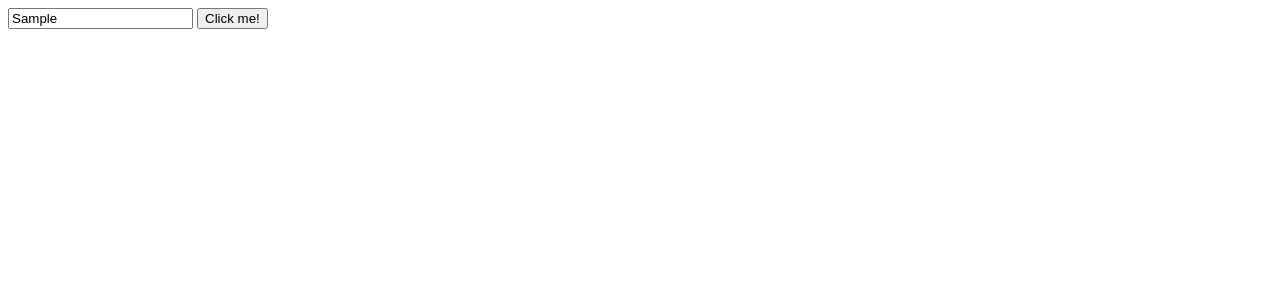
Repository: nguyenhung50497/MD2_xuLyBatDongBo
Page: BT_xuLyBDB/index.html
These files come from the project's save history. The page is drawn as it stood at one moment and after the next save; the edit follows.
The browser window is 1280 px wide. The pictures show the whole page.
Empty fields were first filled with sample values (such as "Sample", 5 or name@example.com).
After loading, the first visible `button` was clicked once.

Above is the page before, as saved 2022-12-08 16:01:05.

After the next save:
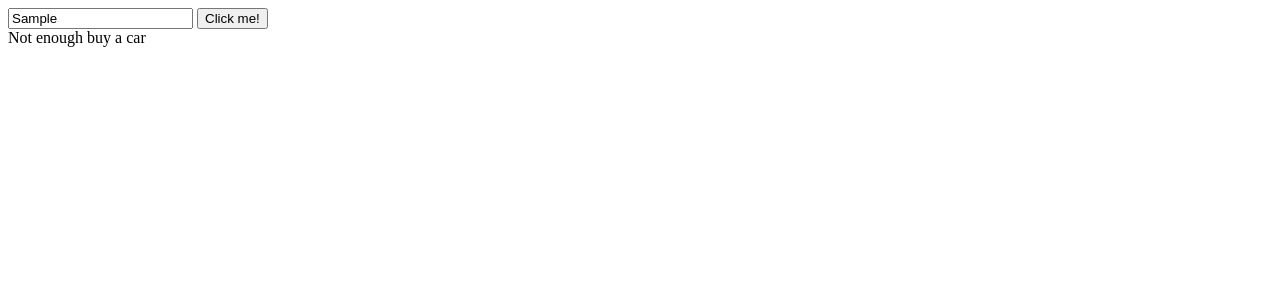
Saved 23 s later.
--- a/BT_xuLyBDB/main.js
+++ b/BT_xuLyBDB/main.js
@@ -12,7 +12,7 @@ async function check(i, m) {
 }
 
 function checkMoney() {
-    let counter = check(2, document.querySelector('#money').value);
+    let counter = check(1, document.querySelector('#money').value);
     counter.then((msg) => {
         document.querySelector('#result').innerHTML = msg
     });
